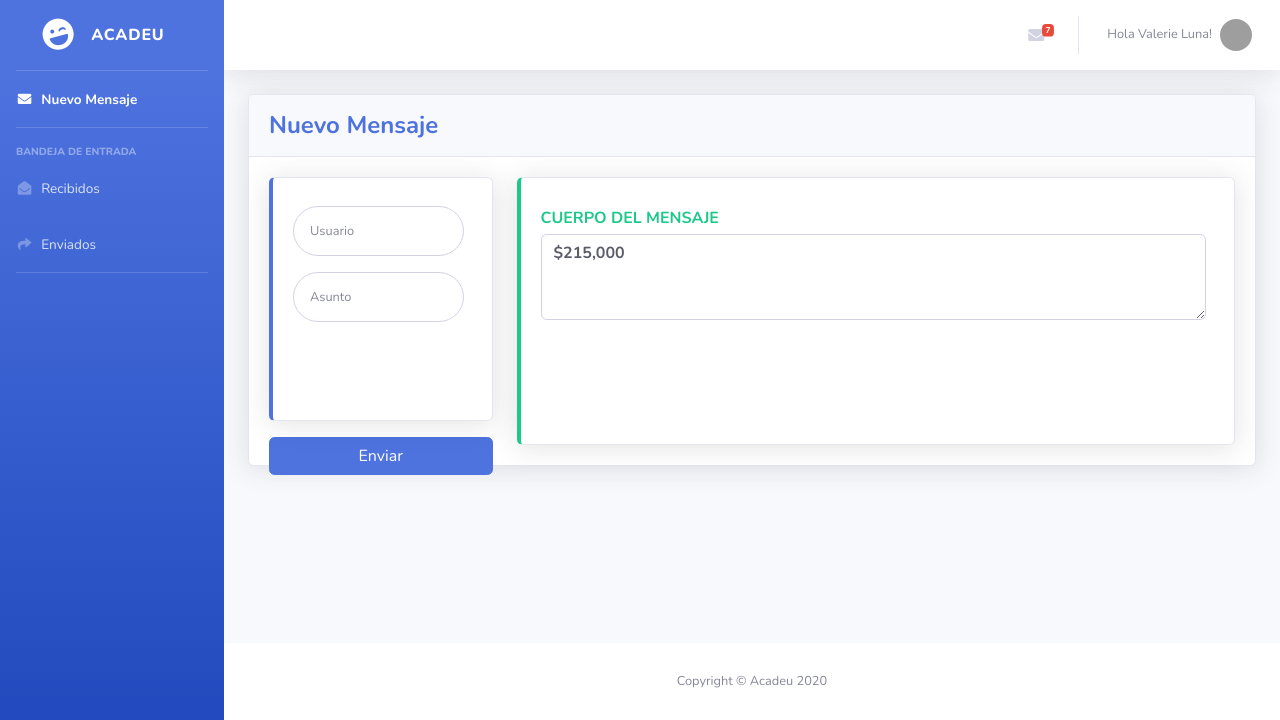
Repository: nicolask92/spring_java_test
Page: http://localhost/nuevo-mensaje
The author's editor kept a copy of each file at every save. The page is drawn from the files as they stood at one save, then again after the next save.
The browser window is 1280 px wide. The pictures show the whole page.
Pictures or frames that could not be fetched are drawn as grey boxes. The page is this project's Thymeleaf template; nobody is signed in. Other server files are loaded and not shown. The template is opened directly, without the code that normally fills it, so the values that code supplies are empty.

Above is the page before, as saved 2020-06-13 21:55:34.

### spring-tutorial/src/main/resources/templates/nuevo-mensaje.html
<!DOCTYPE html>
<html xmlns:th="http://www.thymleaf.org">
<head>
<meta charset="utf-8" />
<meta http-equiv="X-UA-Compatible" content="IE=edge" />
<meta name="viewport"
	content="width=device-width, initial-scale=1, shrink-to-fit=no" />
<meta name="description" content="" />
<meta name="author" content="Nicolas Kloster" />

<title>Nuevo Mensaje</title>

<!-- Custom fonts for this template-->
<link th:href="@{/vendor/fontawesome-free/css/all.min.css}"
	rel="stylesheet" type="text/css" />
<link
	href="https://fonts.googleapis.com/css?family=Nunito:200,200i,300,300i,400,400i,600,600i,700,700i,800,800i,900,900i"
	rel="stylesheet" />

<!-- Custom styles for this template-->
<link th:href="@{/css/sb-admin-2.min.css}" rel="stylesheet" />

<!-- Custom styles for this page -->
<link th:href="@{/vendor/datatables/dataTables.bootstrap4.min.css}"
	rel="stylesheet">
</head>
<body id="page-top">

	<!-- Page Wrapper -->
	<div id="wrapper">

		<!-- Sidebar -->
		<ul
			class="navbar-nav bg-gradient-primary sidebar sidebar-dark accordion"
			id="accordionSidebar">

			<!-- Sidebar - Brand -->
			<a
				class="sidebar-brand d-flex align-items-center justify-content-center"
				href="index.html">
				<div class="sidebar-brand-icon rotate-n-15">
					<i class="fas fa-laugh-wink"></i>
				</div>
				<div class="sidebar-brand-text mx-3">Acadeu</div>
			</a>

			<!-- Divider -->
			<hr class="sidebar-divider my-0">

			<!-- Nuevo Mensaje-->
			<li class="nav-item active"><a class="nav-link"
				th:href="@{/nuevo_mensaje}"> <i class="fas fa-fw fa-envelope"></i>
					<span>Nuevo Mensaje</span>
			</a></li>

			<!-- Divider -->
			<hr class="sidebar-divider">

			<!-- Titulo Mensajes Barra Lateral -->
			<div class="sidebar-heading">Bandeja de Entrada</div>

			<!-- Recibidos y Enviados -->
			<li class="nav-item"><a class="nav-link" th:href="@{/index}">
					<i class="fas fa-fw fa-envelope-open"></i> <span>Recibidos</span>
			</a></li>


			<li class="nav-item"><a class="nav-link collapsed"
				th:href="@{/enviados}"> <i class="fas fa-fw fa-share"></i> <span>Enviados</span>
			</a></li>

			<!-- Divider -->
			<hr class="sidebar-divider">


		</ul>
		<!-- End of Sidebar -->

		<!-- Content Wrapper -->
		<div id="content-wrapper" class="d-flex flex-column">

			<!-- Main Content -->
			<div id="content">

				<!-- Topbar -->
				<nav
					class="navbar navbar-expand navbar-light bg-white topbar mb-4 static-top shadow">

					<!-- Sidebar Toggle (Topbar) -->
					<button id="sidebarToggleTop"
						class="btn btn-link d-md-none rounded-circle mr-3">
						<i class="fa fa-bars"></i>
					</button>


					<!-- Topbar Navbar -->
					<ul class="navbar-nav ml-auto">


						<!-- Alertas Mensajes-->

						<li class="nav-item dropdown no-arrow mx-1"><a
							class="nav-link dropdown-toggle" href="#" id="messagesDropdown"
							role="button" data-toggle="dropdown" aria-haspopup="true"
							aria-expanded="false"> <i class="fas fa-envelope fa-fw"></i>
								<!-- Counter - Messages --> <span
								class="badge badge-danger badge-counter">7</span>
						</a> <!-- Dropdown - Messages -->
							<div
								class="dropdown-list dropdown-menu dropdown-menu-right shadow animated--grow-in"
								aria-labelledby="messagesDropdown">
								<h6 class="dropdown-header">Message Center</h6>
								<a class="dropdown-item d-flex align-items-center" href="#">
									<div class="dropdown-list-image mr-3">
										<img class="rounded-circle"
											src="https://source.unsplash.com/fn_BT9fwg_E/60x60" alt="">
										<div class="status-indicator bg-success"></div>
									</div>
									<div class="font-weight-bold">
										<div class="text-truncate">Hi there! I am wondering if
											you can help me with a problem I've been having.</div>
										<div class="small text-gray-500">Emily Fowler · 58m</div>
									</div>
								</a> <a class="dropdown-item d-flex align-items-center" href="#">
									<div class="dropdown-list-image mr-3">
										<img class="rounded-circle"
											src="https://source.unsplash.com/AU4VPcFN4LE/60x60" alt="">
										<div class="status-indicator"></div>
									</div>
									<div>
										<div class="text-truncate">I have the photos that you
											ordered last month, how would you like them sent to you?</div>
										<div class="small text-gray-500">Jae Chun · 1d</div>
									</div>
								</a> <a class="dropdown-item d-flex align-items-center" href="#">
									<div class="dropdown-list-image mr-3">
										<img class="rounded-circle"
											src="https://source.unsplash.com/CS2uCrpNzJY/60x60" alt="">
										<div class="status-indicator bg-warning"></div>
									</div>
									<div>
										<div class="text-truncate">Last month's report looks
											great, I am very happy with the progress so far, keep up the
											good work!</div>
										<div class="small text-gray-500">Morgan Alvarez · 2d</div>
									</div>
								</a> <a class="dropdown-item d-flex align-items-center" href="#">
									<div class="dropdown-list-image mr-3">
										<img class="rounded-circle"
											src="https://source.unsplash.com/Mv9hjnEUHR4/60x60" alt="">
										<div class="status-indicator bg-success"></div>
									</div>
									<div>
										<div class="text-truncate">Am I a good boy? The reason I
											ask is because someone told me that people say this to all
											dogs, even if they aren't good...</div>
										<div class="small text-gray-500">Chicken the Dog · 2w</div>
									</div>
								</a> <a class="dropdown-item text-center small text-gray-500"
									href="#">Read More Messages</a>
							</div></li>

						<div class="topbar-divider d-none d-sm-block"></div>

						<!-- Nav Item - Informacion de Usuario -->
						<li class="nav-item dropdown no-arrow"><a
							class="nav-link dropdown-toggle" href="#" id="userDropdown"
							role="button" data-toggle="dropdown" aria-haspopup="true"
							aria-expanded="false"> <span
								class="mr-2 d-none d-lg-inline text-gray-600 small">Hola
									Valerie Luna!</span> <img class="img-profile rounded-circle"
								src="https://source.unsplash.com/QAB-WJcbgJk/60x60">
						</a> <!-- Dropdown - Logout y Perfil -->
							<div
								class="dropdown-menu dropdown-menu-right shadow animated--grow-in"
								aria-labelledby="userDropdown">
								<a class="dropdown-item" href="#"> <i
									class="fas fa-user fa-sm fa-fw mr-2 text-gray-400"></i> Perfil
								</a>
								<div class="dropdown-divider"></div>
								<a class="dropdown-item" href="#" data-toggle="modal"
									data-target="#logoutModal"> <i
									class="fas fa-sign-out-alt fa-sm fa-fw mr-2 text-gray-400"></i>
									Cerrar Sesion
								</a>
							</div></li>

					</ul>

				</nav>
				<!-- Termina la barra superior -->

				<!-- Begin Page Content -->
				<div class="container-fluid">



					<!-- Mensajes -->
					<div class="card shadow mb-4">
						<div class="card-header py-3">
							<h6 class="m-0 h4 font-weight-bold text-primary">Nuevo
								Mensaje</h6>
						</div>

						<div class="card-body">
							<div class="row">
								<!-- Asunto y Usuario a Enviar -->
								<div class="col-xl-3 col-md-6 mb-4">
									<div class="card border-left-primary shadow h-100 py-2">
										<div class="card-body">
											<div class="row no-gutters align-items-center">
												<div class="col mr-2">
													<form class="user">
														<div class="form-group">
															<input required type="text"
																class="form-control form-control-user"
																id="exampleInputEmail" aria-describedby="emailHelp"
																placeholder="Usuario">
														</div>
														<div class="form-group">
															<input required type="text"
																class="form-control form-control-user"
																id="exampleInputPassword" placeholder="Asunto">
														</div>
												</div>
											</div>
										</div>
									</div>
									<a href="index.html"
															class="btn mt-3 btn-primary btn-user btn-block"> Enviar </a>

								</div>

								<!-- Cuerpo del mensaje -->
								<div class="col-xl-9 col-md-6 mb-8">
									<div class="card border-left-success shadow h-100 py-2">
										<div class="card-body">
											<div class="row no-gutters align-items-center">
												<div class="col mr-2">
													<div
														class="text-s font-weight-bold text-success text-uppercase mb-1">Cuerpo
														del Mensaje</div>
													<textarea
														class="form-control h6 mb-0 font-weight-bold text-gray-800"
														id="Textarea" rows="3">$215,000</textarea>
														</div>
												</form>
											</div>
										</div>
									</div>
								</div>
							</div>
						</div>
					</div>

				</div>
				<!-- /.container-fluid -->

			</div>
			<!-- End of Main Content -->

			<!-- Footer -->
			<footer class="sticky-footer bg-white">
				<div class="container my-auto">
					<div class="copyright text-center my-auto">
						<span>Copyright &copy; Acadeu 2020</span>
					</div>
				</div>
			</footer>
			<!-- End of Footer -->

		</div>
		<!-- End of Content Wrapper -->

	</div>
	<!-- End of Page Wrapper -->

	<!-- Scroll to Top Button-->
	<a class="scroll-to-top rounded" href="#page-top"> <i
		class="fas fa-angle-up"></i>
	</a>



	<!-- Bootstrap core JavaScript-->
	<script th:src="@{/vendor/jquery/jquery.min.js}"></script>
	<script th:src="@{/vendor/bootstrap/js/bootstrap.bundle.min.js}"></script>

	<!-- Core plugin JavaScript-->
	<script th:src="@{/vendor/jquery-easing/jquery.easing.min.js}"></script>

	<!-- Custom scripts for all pages-->
	<script th:src="@{/js/sb-admin-2.min.js}"></script>

	<!-- Page level plugins -->
	<script th:src="@{/vendor/datatables/jquery.dataTables.min.js}"></script>
	<script th:src="@{/vendor/datatables/dataTables.bootstrap4.min.js}"></script>

	<!-- Page level custom scripts -->
	<script th:src="@{/js/demo/datatables-demo.js}"></script>

	<script>

	</script>

</body>
</html>

### spring-tutorial/src/main/resources/static/js/demo/datatables-demo.js
// Call the dataTables jQuery plugin
$(document).ready(function() {
  $('#dataTable').DataTable({
		"language": {
		      "url": "//cdn.datatables.net/plug-ins/1.10.15/i18n/Spanish.json"
		    }
  });
});

Loaded but not shown: spring-tutorial/src/main/resources/static/css/sb-admin-2.min.css (library); spring-tutorial/src/main/resources/static/js/sb-admin-2.min.js (common file)

After the next save:
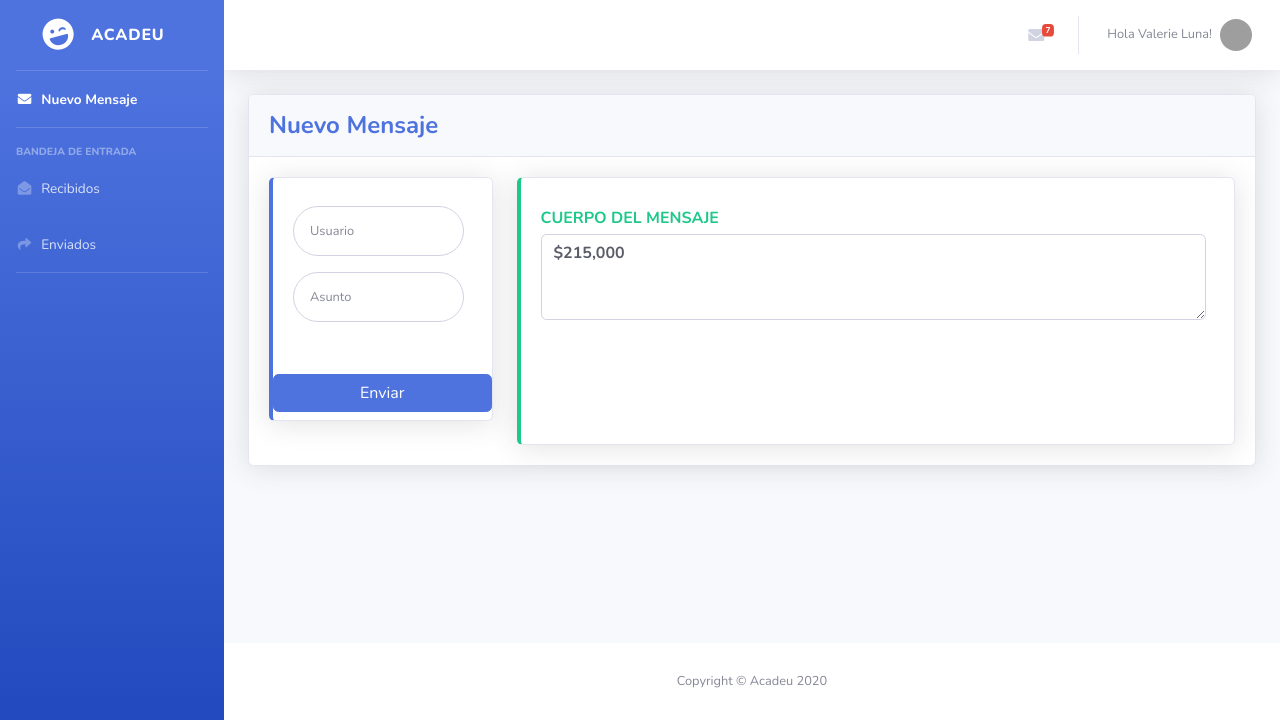
Saved 7 s later.
--- a/spring-tutorial/src/main/resources/templates/nuevo-mensaje.html
+++ b/spring-tutorial/src/main/resources/templates/nuevo-mensaje.html
@@ -225,10 +225,10 @@
 												</div>
 											</div>
 										</div>
-									</div>
-									<a href="index.html"
+										<a href="index.html"
 															class="btn mt-3 btn-primary btn-user btn-block"> Enviar </a>
 
+									</div>
 								</div>
 
 								<!-- Cuerpo del mensaje -->
